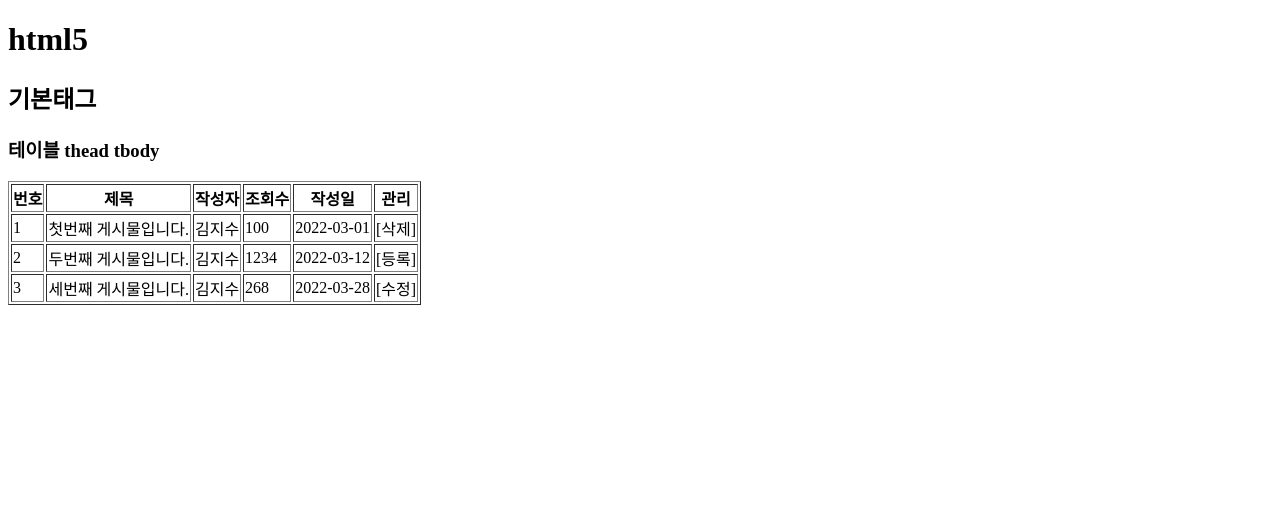
Repository: jeemaru/htme_01
Page: html_01/ex07.html
An editor plug-in stored every save of this project. The page is shown before and after the next save, followed by the edit.
The browser window is 1280 px wide. The pictures show the whole page.

Above is the page before, as saved 2022-04-01 04:55:55.

### html_01/ex07.html
<!DOCTYPE html>

<html>

	<head>
		<meta charset="UTF-8">
		<title>Insert title here</title>
	</head>

	<body>
		<h1>html5</h1>
		<h2>기본태그</h2>
		<h3>테이블 thead tbody</h3>

		<table border="1">
			<thead>
				<tr>
					<th>번호</th>
					<th>제목</th>
					<th>작성자</th>
					<th>조회수</th>
					<th>작성일</th>
					<th>관리</th>

				</tr>
			</thead>

			<tbody>
				<tr>
					<td>1</td>
					<td>첫번째 게시물입니다.</td>
					<td>김지수</td>
					<td>100</td>
					<td>2022-03-01</td>
					<td>[삭제]</td>
				</tr>
				<tr>
					<td>2</td>
					<td>두번째 게시물입니다.</td>
					<td>김지수</td>
					<td>1234</td>
					<td>2022-03-12</td>
					<td>[등록]</td>
				</tr>
				<tr>
					<td>3</td>
					<td>세번째 게시물입니다.</td>
					<td>김지수</td>
					<td>268</td>
					<td>2022-03-28</td>
					<td>[수정]</td>
				</tr>
			</tbody>
		</table>

	</body>

</html>

After the next save:
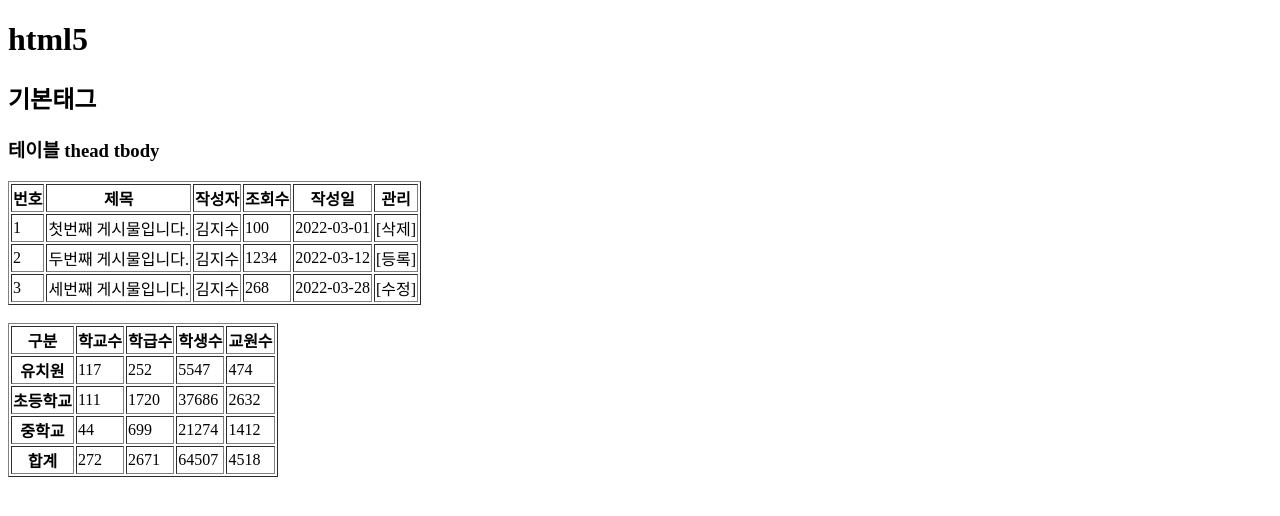
Saved 9 min 13 s later.
--- a/html_01/ex07.html
+++ b/html_01/ex07.html
@@ -53,6 +53,54 @@
 			</tbody>
 		</table>
 
+		<br>
+
+		<table border="1">
+			<thead>
+				<tr>
+					<th>구분</th>
+					<th>학교수</th>
+					<th>학급수</th>
+					<th>학생수</th>
+					<th>교원수</th>
+				</tr>
+			</thead>
+			<tbody>
+				<tr>
+					<th>유치원</th>
+					<td>117</td>
+					<td>252</td>
+					<td>5547</td>
+					<td>474</td>
+				</tr>
+				<tr>
+					<th>초등학교</th>
+					<td>111</td>
+					<td>1720</td>
+					<td>37686</td>
+					<td>2632</td>
+				</tr>
+				<tr>
+					<th>중학교</th>
+					<td>44</td>
+					<td>699</td>
+					<td>21274</td>
+					<td>1412</td>
+				</tr>
+			</tbody>
+			<tfoot>
+				<tr>
+					<th>합계</th>
+					<td>272</td>
+					<td>2671</td>
+					<td>64507</td>
+					<td>4518</td>
+				</tr>
+			</tfoot>
+		</table>
+
 	</body>
 
+
+
 </html>
